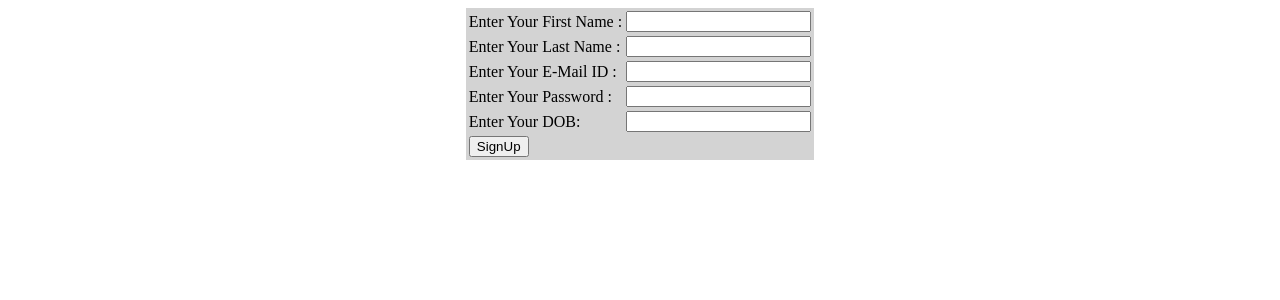
Repository: DAC-Sept2022-SagarPokale-70466/05_J2EE
Page: Day_03/src/main/webapp/register.html
The author's editor kept a copy of each file at every save. The page is drawn from the files as they stood at one save, then again after the next save.
The browser window is 1280 px wide. The pictures show the whole page.

Above is the page before, as saved 2022-11-24 16:34:38.

After the next save:
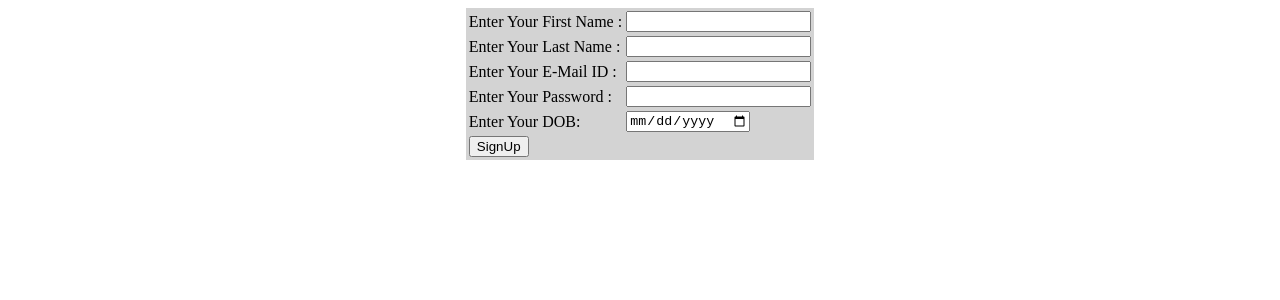
Saved 7 s later.
--- a/Day_03/src/main/webapp/register.html
+++ b/Day_03/src/main/webapp/register.html
@@ -31,7 +31,7 @@
 
 			<tr>
 				<td>Enter Your DOB:</td>
-				<td><input type="text" name="lname" /></td>
+				<td><input type="date" name="dob" /></td>
 			</tr>
 
 
